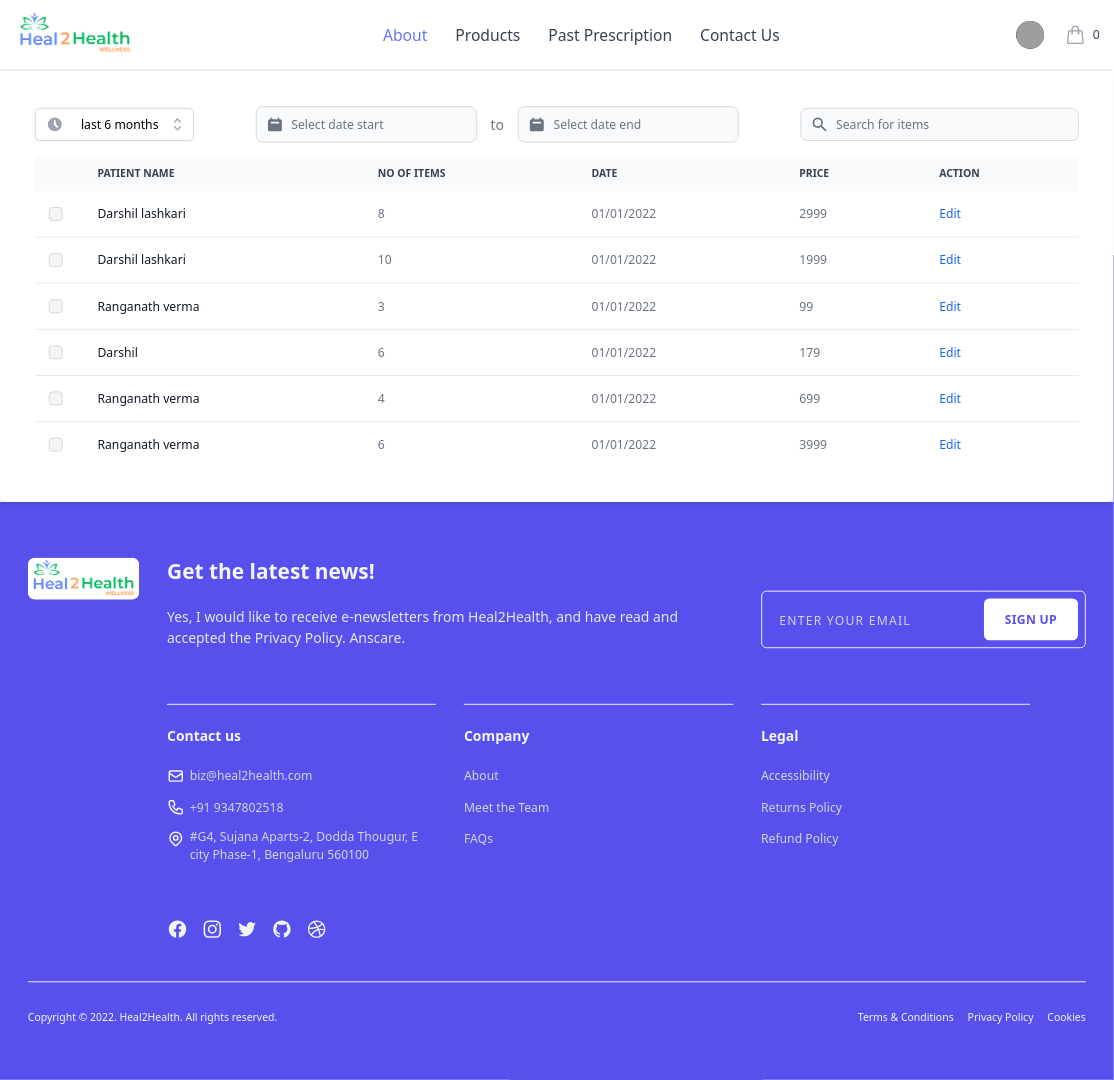
Repository: Akash123-coder/H2H
Page: /pastprescription (app in Frontend/)
The author's editor kept a copy of each file at every save. The page is drawn from the files as they stood at one save, then again after the next save.
The browser window is 1280 px wide. The pictures show the whole page, at 87% of full size.
Pictures or frames that could not be fetched are drawn as grey boxes. The project was rebuilt for these pictures with package versions that can differ from the ones it lists, and the page was loaded fresh each time. Also part of the build but not shown: Frontend/vite.config.ts, Frontend/src/pages/About.tsx, Frontend/src/components/Cta.jsx, Frontend/src/pages/Home.jsx, Frontend/src/components/Product.tsx, Frontend/src/pages/Prescription.jsx, Frontend/src/pages/SignUp.jsx, Frontend/src/pages/Login.jsx and 1 more.

Above is the page before, as saved 2022-09-30 22:20:17.

After the next save:
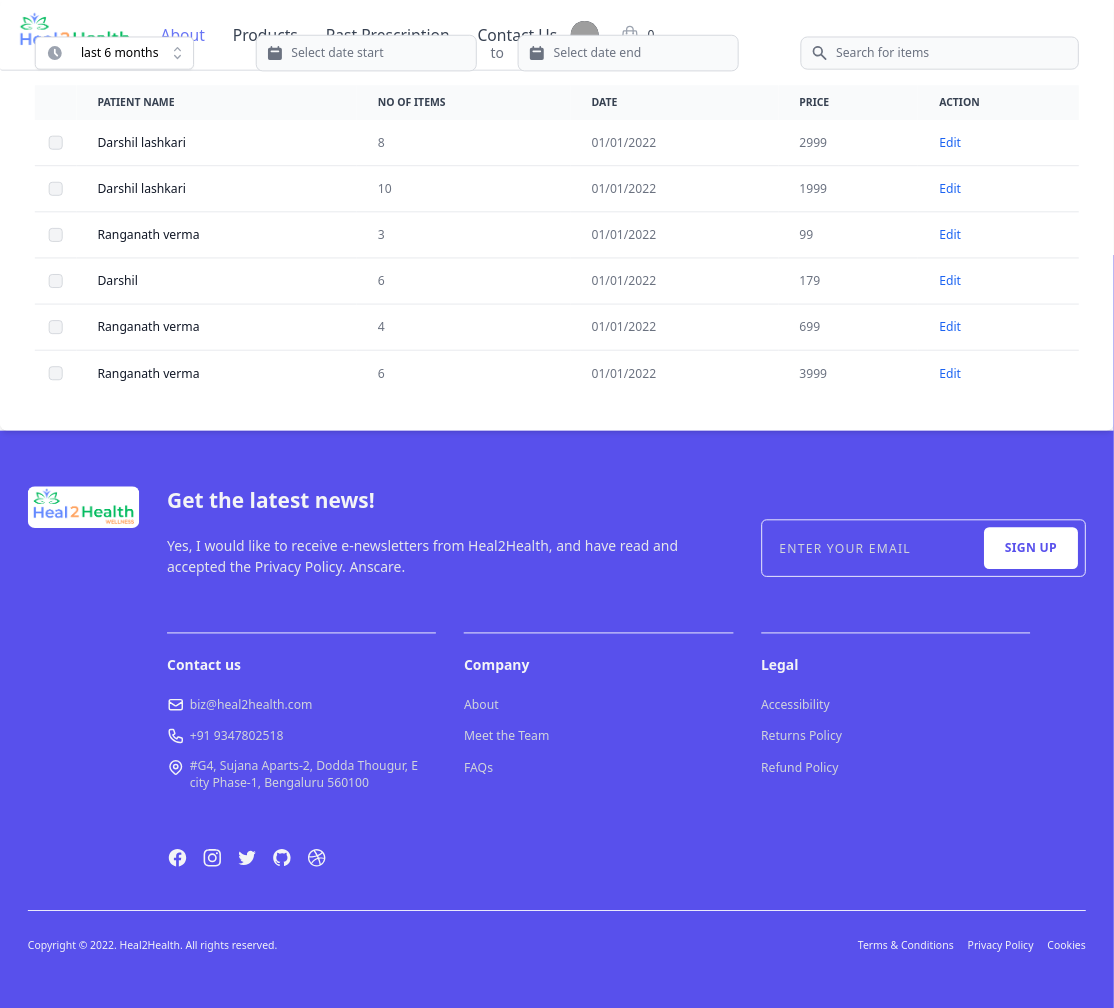
Saved 107 s later.
--- a/Frontend/src/components/Navbar.jsx
+++ b/Frontend/src/components/Navbar.jsx
@@ -14,7 +14,7 @@
 
   return (
     <div>
-      <nav className="bg-white border-b-2  px-2 sm:px-4  py-2.5 rounded fixed-top sticky top-0  dark:bg-gray-900 ">
+      <nav className="bg-white border-b-2  px-2 sm:px-4  py-2.5 rounded fixed  top-0  dark:bg-gray-900 ">
         <div className="container flex flex-wrap justify-between items-center mx-auto">
           <a href="/" className="flex items-center ">
             <img

After the 3 saves that followed:
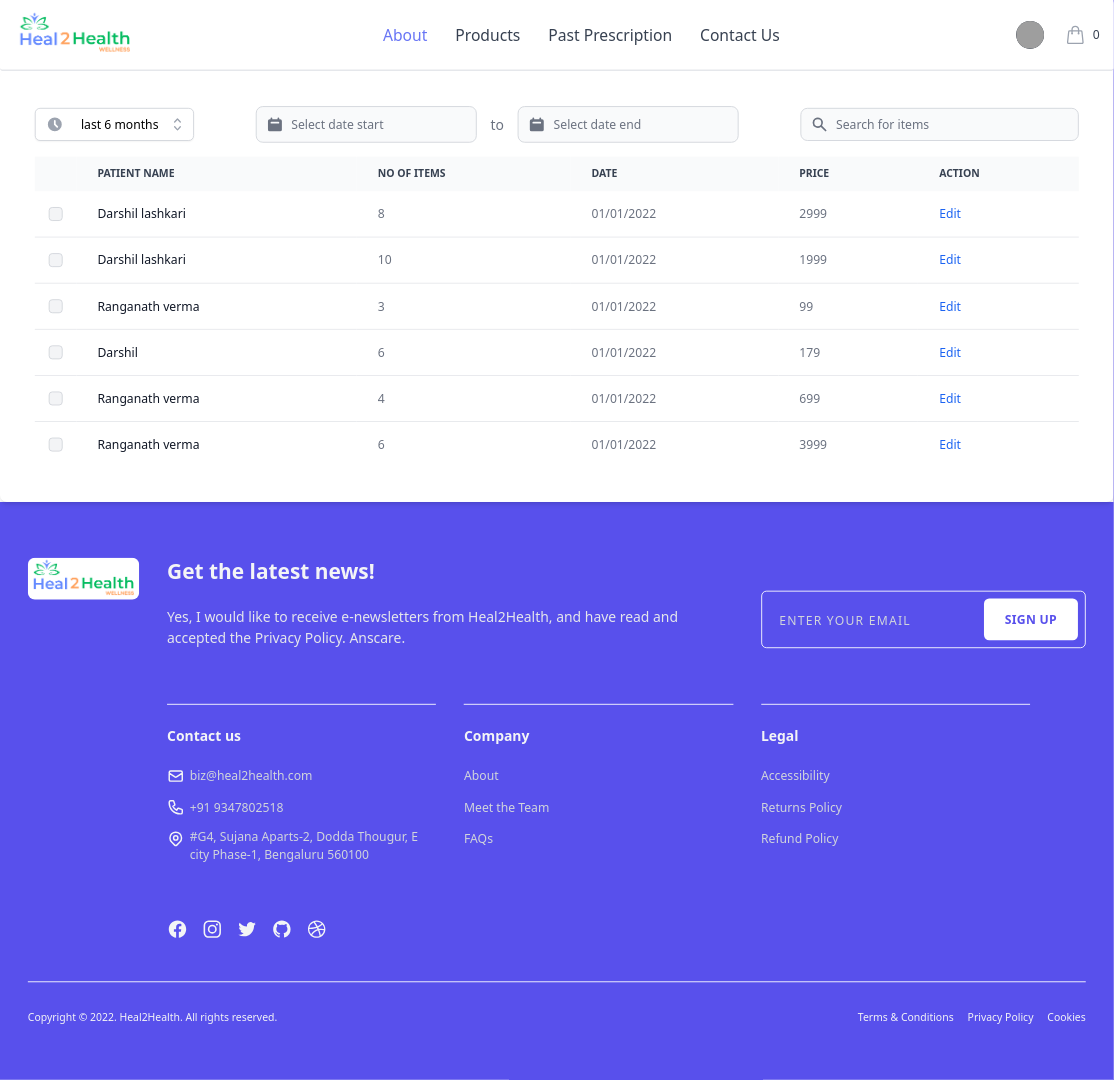
The 3 saves are shown as one change because 2 left the picture as it was.
The last was saved 38 s later.
--- a/Frontend/src/components/Navbar.jsx
+++ b/Frontend/src/components/Navbar.jsx
@@ -14,7 +14,7 @@
 
   return (
     <div>
-      <nav className="bg-white border-b-2  px-2 sm:px-4  py-2.5 rounded fixed  top-0  dark:bg-gray-900 ">
+      <nav className="bg-white border-b-2  px-2 sm:px-4  py-2.5 rounded  h-fit top-0  dark:bg-gray-900 ">
         <div className="container flex flex-wrap justify-between items-center mx-auto">
           <a href="/" className="flex items-center ">
             <img
